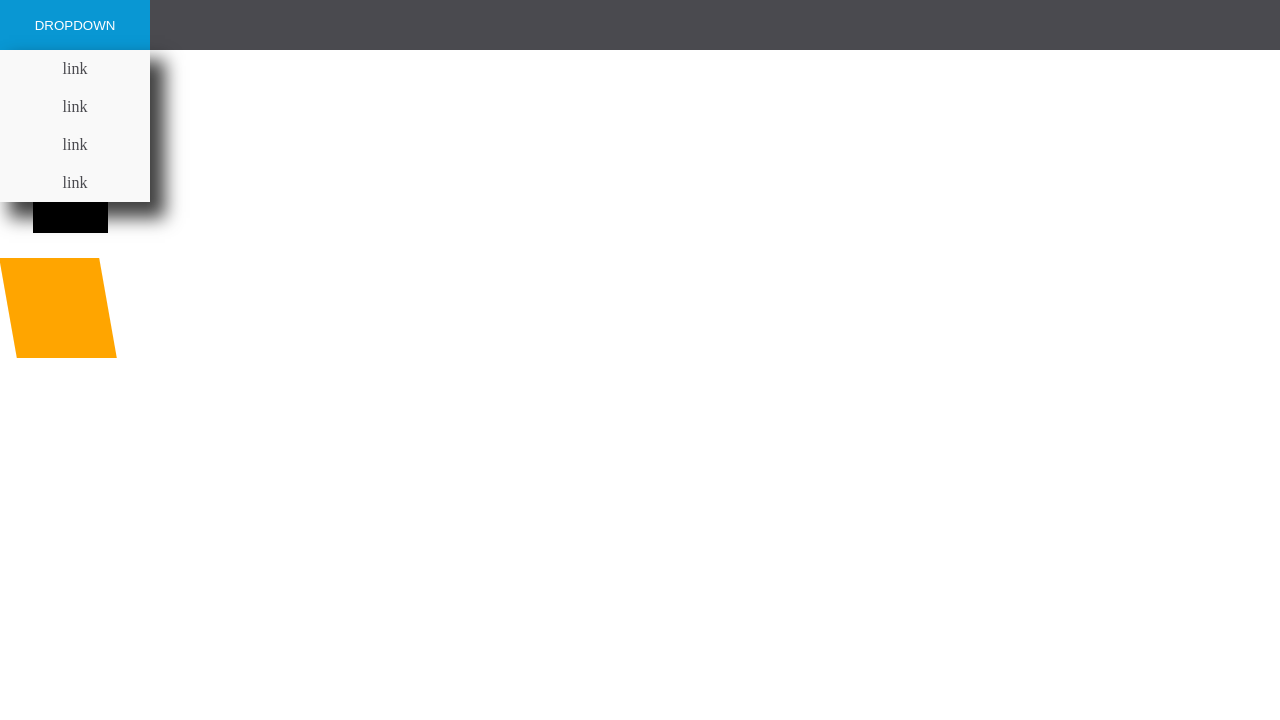
Repository: Matt-F90/making-elements-dance
Page: index.html
The author's editor kept a record of every edit. The page is drawn from the files as they stood at one moment, then again after the next edit.
The browser window is 1280 px wide. The pictures show the whole page.

Above is the page before.

### index.html
<!DOCTYPE html>
<html lang="en">
<head>
    <meta charset="UTF-8">
    <meta name="viewport" content="width=device-width, initial-scale=1.0">
    <meta http-equiv="X-UA-Compatible" content="ie=edge">
    <title>Document</title>
    <link rel="stylesheet" href="main.css" type="text/css" />
</head>
<body>
    <nav class="navdefault">
        <button>Dropdown</button>

        <ul class="dropdownMenu">
            <li class="dropdownItem"><a href="#" class="dropdownLink">link</a></li>
            <li class="dropdownItem"><a href="#" class="dropdownLink">link</a></li>
            <li class="dropdownItem"><a href="#" class="dropdownLink">link</a></li>
            <li class="dropdownItem"><a href="#" class="dropdownLink">link</a></li>
        </ul>
    </nav>

   <div class="box"></div>

   <div class="box2"></div>

   <div class="box3"></div>
</body>
</html>

### main.css
.navdefault {
    position: fixed;
    top: 0;
    left: 0;
    right: 0;
    background-color: #4a4a4f;
}

button {
    border:none;
    background-color: #0997d3;
    width: 150px;
    height: 50px;
    color: #fff;
    text-transform: uppercase;
    cursor: pointer;
}

.dropdownMenu {
    list-style: none;
    margin: 0;
    position: absolute;
    top: 50px;
    left: 0;
    right: 0;
    width: 150px;
    padding: 0;
    text-align: center;
    box-shadow: 12px 13px 17px 3px rgba(0,0,0,0.75);
}

.dropdownLink {
    text-decoration: none;
    display: block;
    background-color: #f9f9f9;
    color: #4a4a4f;
    padding: 10px 5px;
    transition: background-color .5s ease-in-out, color .5s ease-in-out;
    }

.dropdownLink:hover {
    color: #fff;
    background-color: #a0a0a3
}

.dropdown {
    width: 150px;
    position: relative;
}

.dropdown:hover button {
    background-color: #018ec5;

}

.centrev {
    position: relative;
    top: 600px;
    transform: translateY(-50%);
}

.box {
    width: 50px;
    height: 50px;
    background-color: green;
    transition-property: width, background-color;
    transition-duration: 2s;
    transition-timing-function: ease-in-out
}

.box:hover {
    width: 150px;
    background-color:red;
}

.box2 {
    background-color: black;
    height: 150px;
    width: 0px;
    margin: 25px;
    animation-name: growing;
    animation-duration: 2s;
    animation-timing-function: ease-in-out;
    animation-fill-mode: forwards;
    animation-iteration-count: infinite;
    animation-direction: alternate;
}

@keyframes growing {
    from {
        width: 0px
    }
    to {
        width: 150px;
    }
}

.box3 {
    background-color: orange;
    height: 100px;
    width: 100px;
    transform: skewX(10deg);
}

After the next edit:
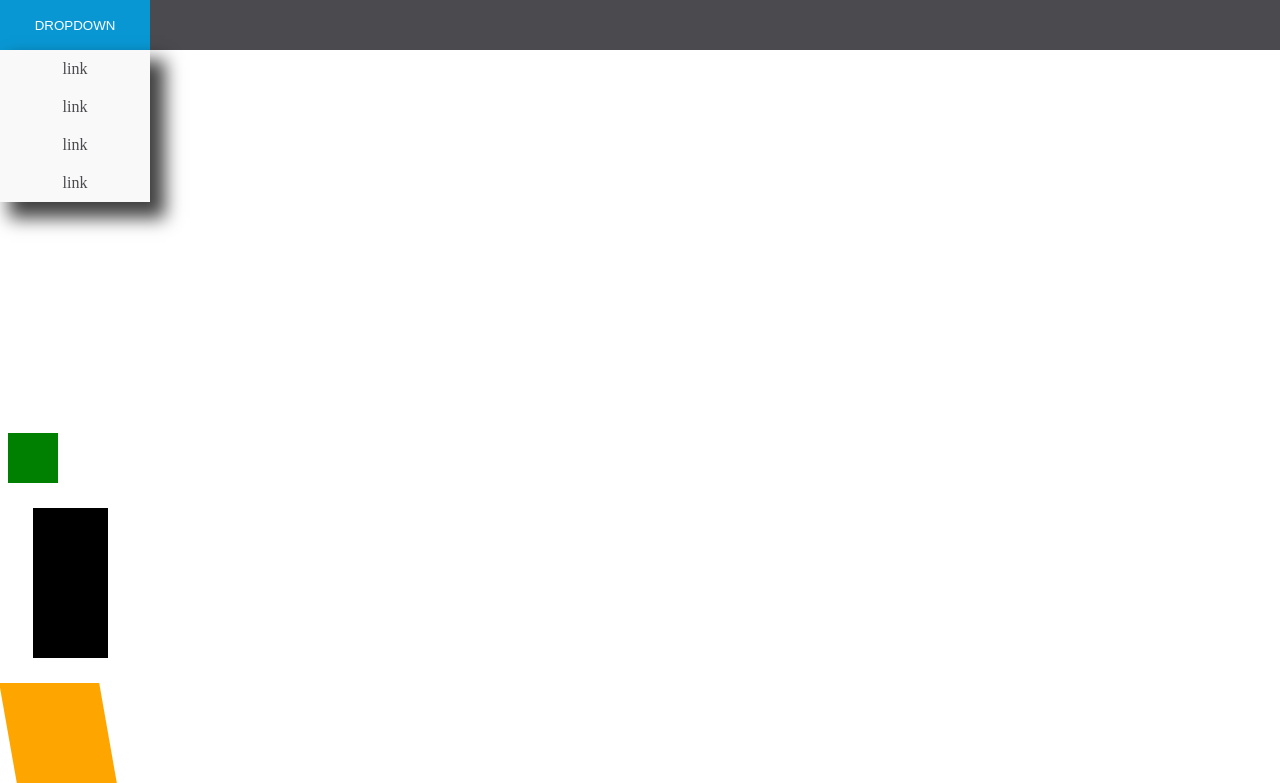
The edit:
--- a/index.html
+++ b/index.html
@@ -19,6 +19,7 @@
         </ul>
     </nav>
 
+    <div class="centrev">
    <div class="box"></div>
 
    <div class="box2"></div>
